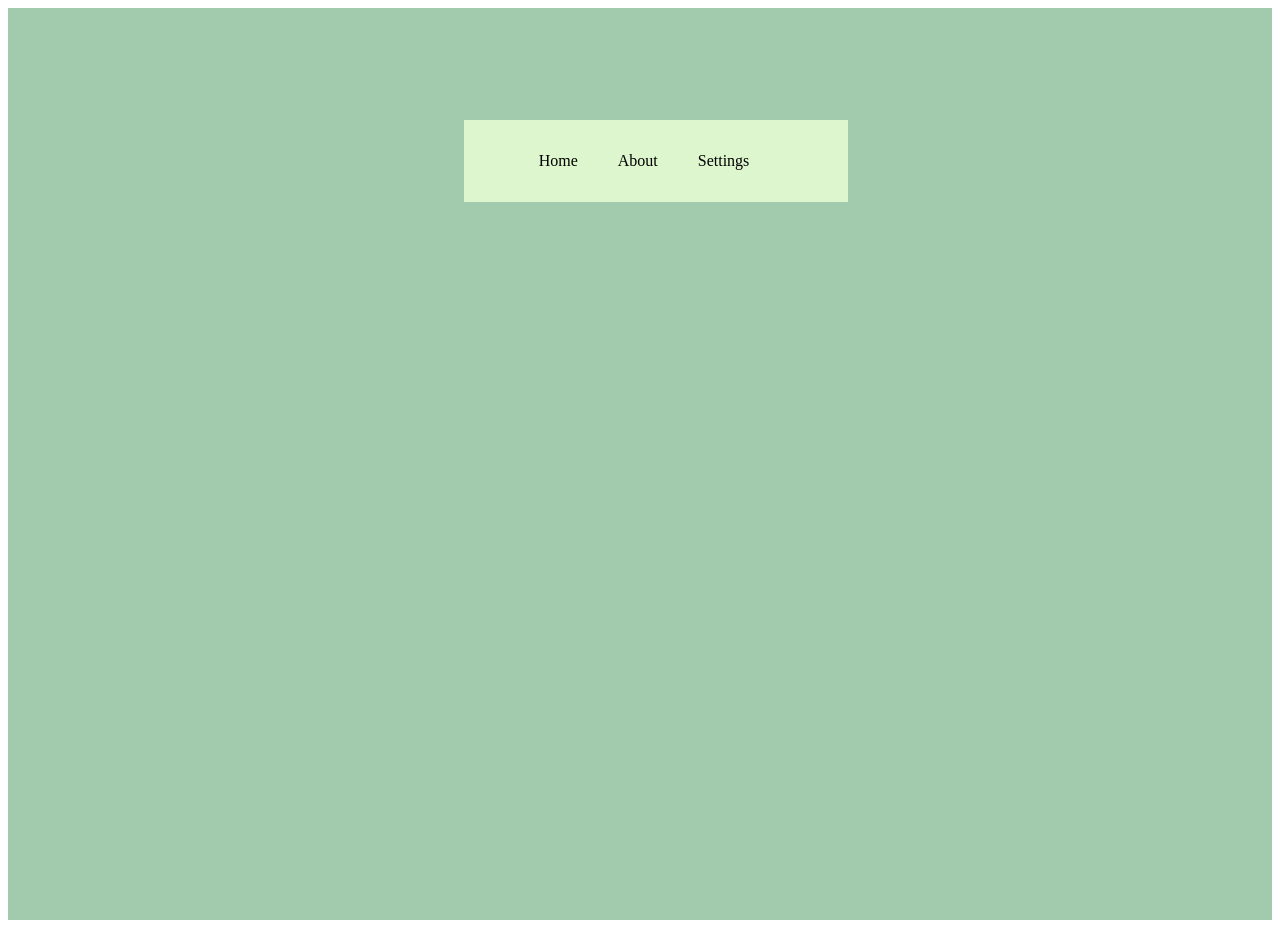
Repository: k8ANStar/Questify
Page: /
An editor plug-in stored every save of this project. The page is shown before and after the next save, followed by the edit.
The browser window is 1280 px wide. The pictures show the whole page.
The project was rebuilt for these pictures with package versions that can differ from the ones it lists, and the page was loaded fresh each time. The framework's server and built-in components were replaced by stand-ins that run in the browser. Also part of the build but not shown: next.config.mjs.

Above is the page before, as saved 2024-03-24 22:07:35.

After the next save:
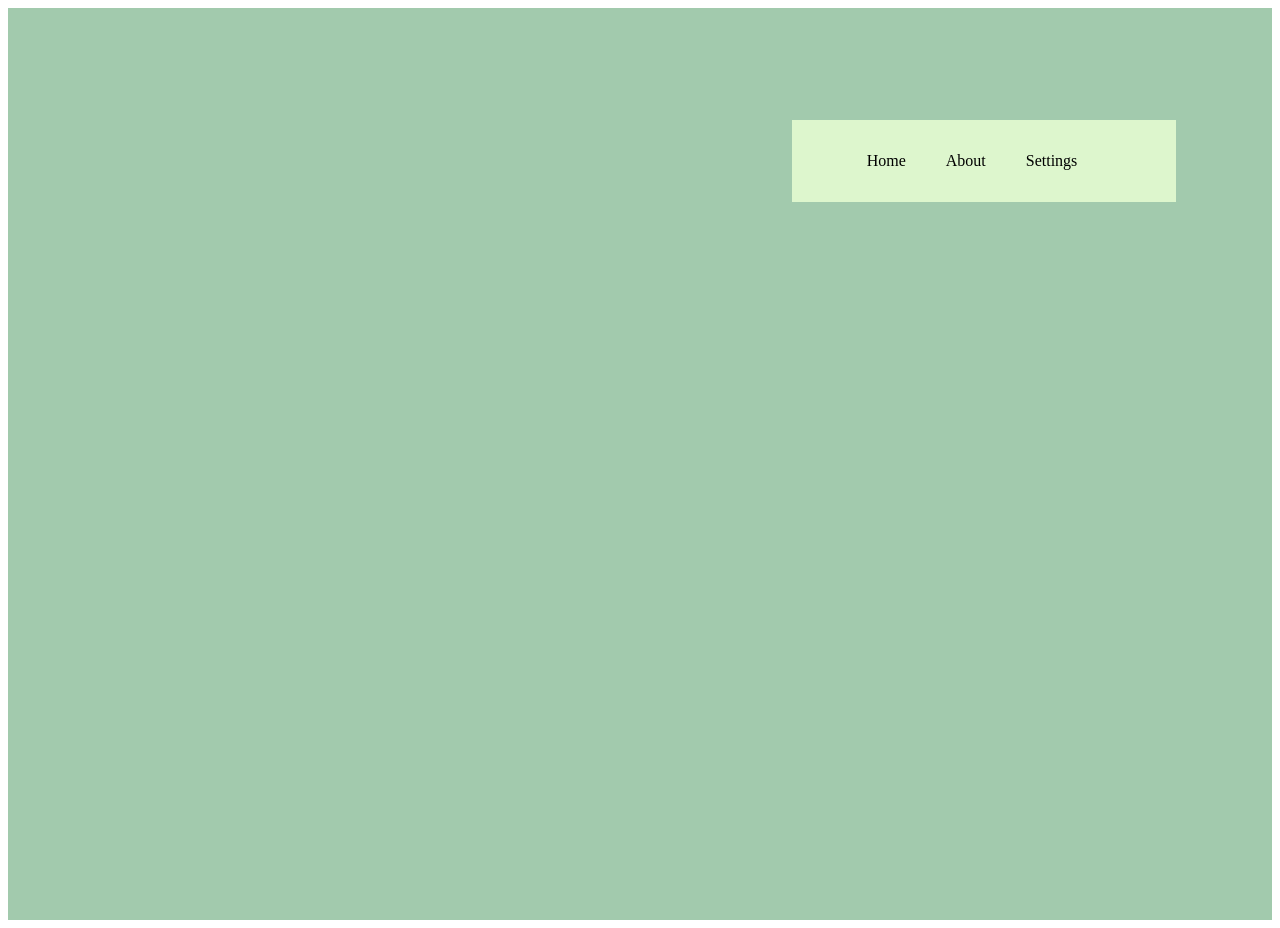
Saved 7 s later.
--- a/components/Header/Header.module.css
+++ b/components/Header/Header.module.css
@@ -3,7 +3,7 @@
 	list-style-type: none;
 	text-decoration: none;
 	padding: 2rem;
-    margin-left: 2rem;
+    margin-left: auto;
 	width: 20rem;
 	background-color: rgb(221, 246, 205);
     justify-content: center;
